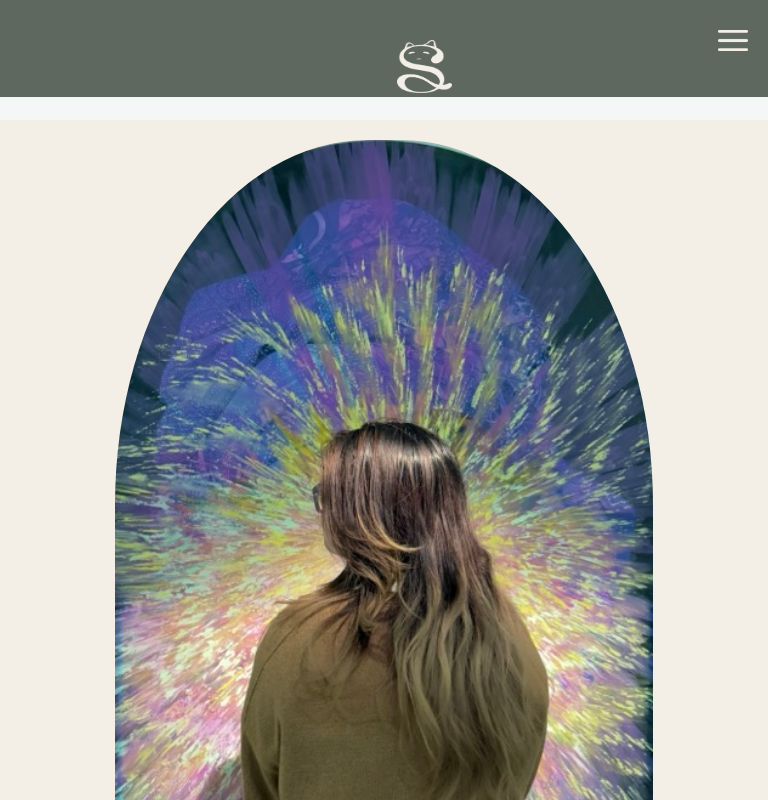
Repository: SandyLy453/portfolio
Page: /
An editor plug-in stored every save of this project. The page is shown before and after the next save, followed by the edit.
The browser window is 768 px wide. The pictures show the whole page.
An inner scrolling area shows only its first screen. The project was rebuilt for these pictures with package versions that can differ from the ones it lists, and the page was loaded fresh each time. The framework's server and built-in components were replaced by stand-ins that run in the browser. Also part of the build but not shown: next.config.mjs, modules/Footer/Footer.module.css, modules/Footer/Footer.js, modules/ProjectCard/ProjectCard.module.css, modules/ProjectCard/Projectcard.js.

Above is the page before, as saved 2025-02-17 17:17:25.

After the next save:
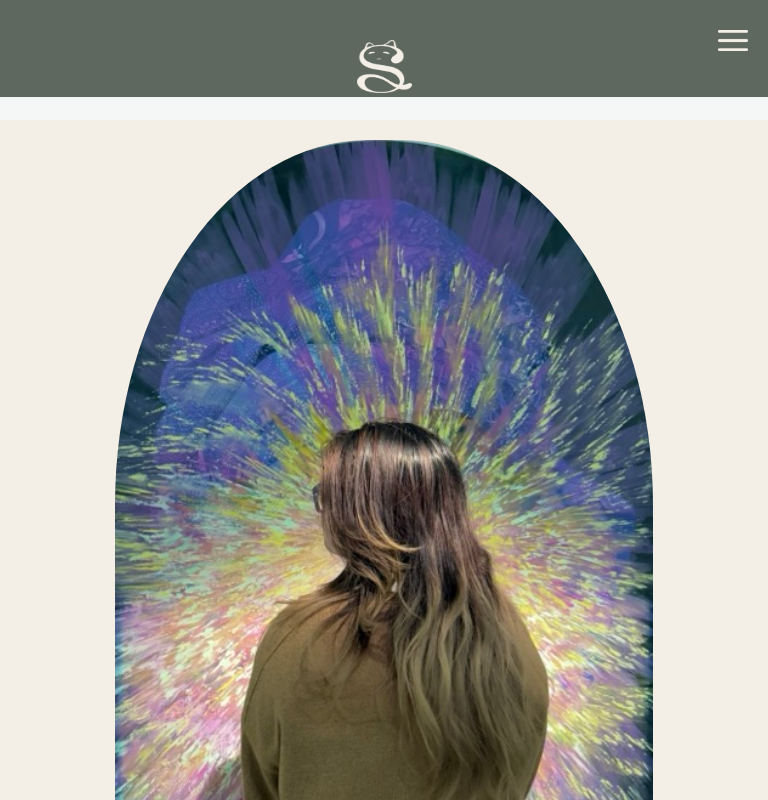
Saved 7 s later.
--- a/modules/Header/Header.module.css
+++ b/modules/Header/Header.module.css
@@ -104,6 +104,6 @@
     .logo {
         position: relative;
         top: 10px;
-        left: 20px;
+        left: 0px;
     }
 }
